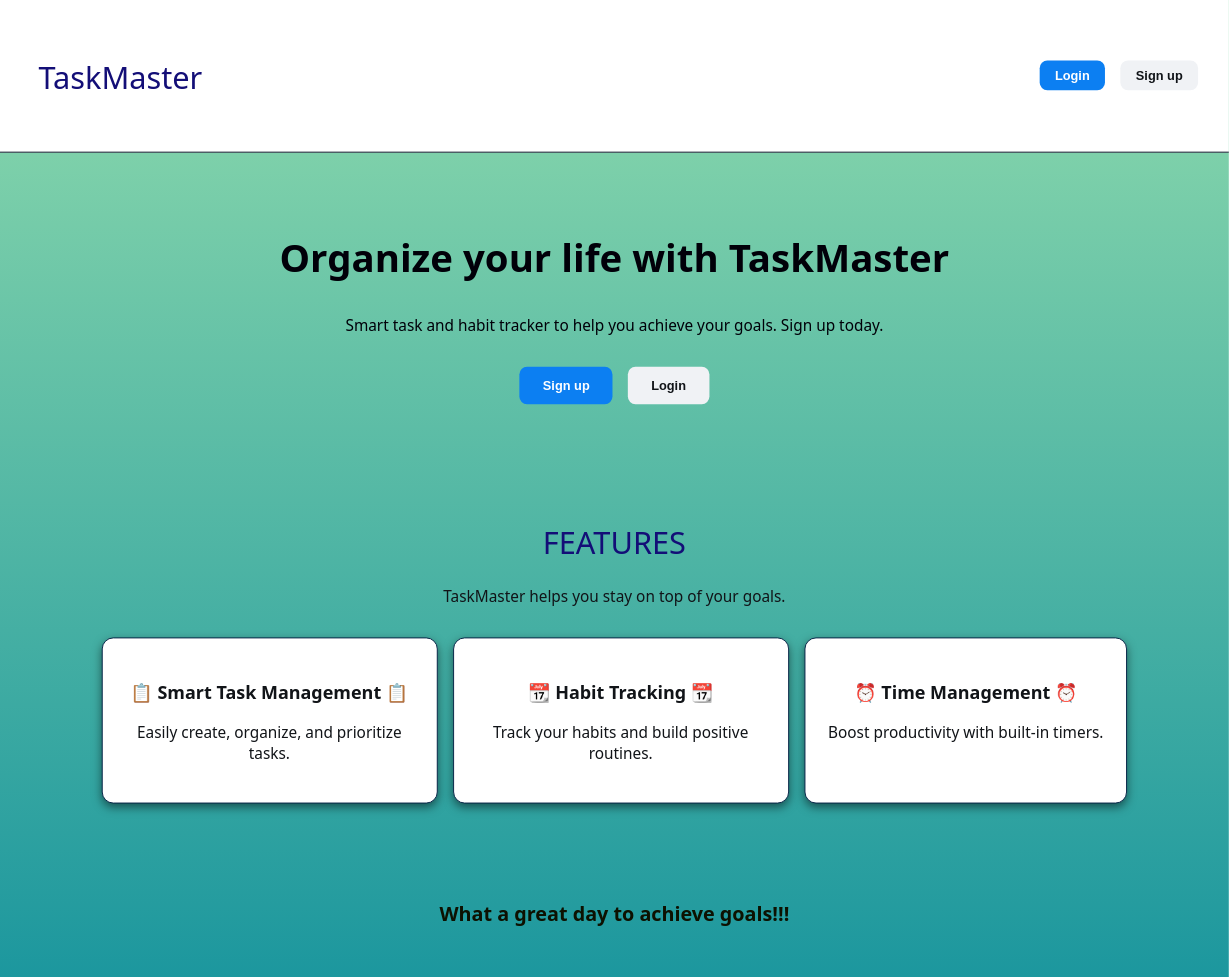
Repository: RachelB9913/smart-task-and-habit-tracker
Page: /
The author's editor kept a copy of each file at every save. The page is drawn from the files as they stood at one save, then again after the next save.
The browser window is 1280 px wide. The pictures show the whole page, at 96% of full size.
The project was rebuilt for these pictures with package versions that can differ from the ones it lists, and the page was loaded fresh each time. Also part of the build but not shown: src/services/api.js, src/components/Login.js, src/components/Auth.css, src/components/Register.js, src/components/DashBoard.js.

Above is the page before, as saved 2025-06-18 18:40:41.

After the next save:
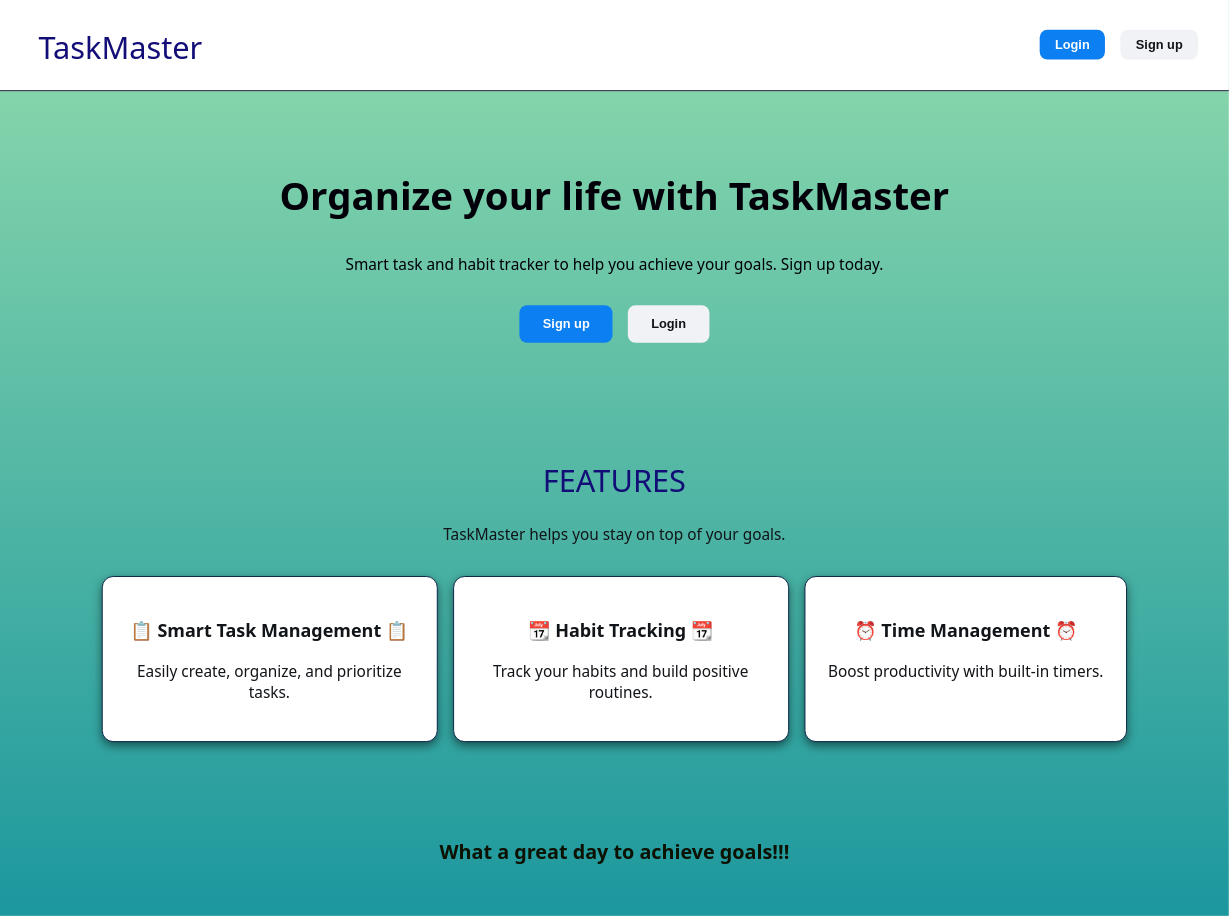
Saved 5 s later.
--- a/src/App.css
+++ b/src/App.css
@@ -62,7 +62,7 @@ h2 {
   display: flex;
   justify-content: space-between;
   align-items: center;
-  padding: 2rem 2rem;
+  padding: 0rem 2rem;
   border-bottom: 1px solid #030f21;
   background-color: rgb(255, 255, 255);
 }
